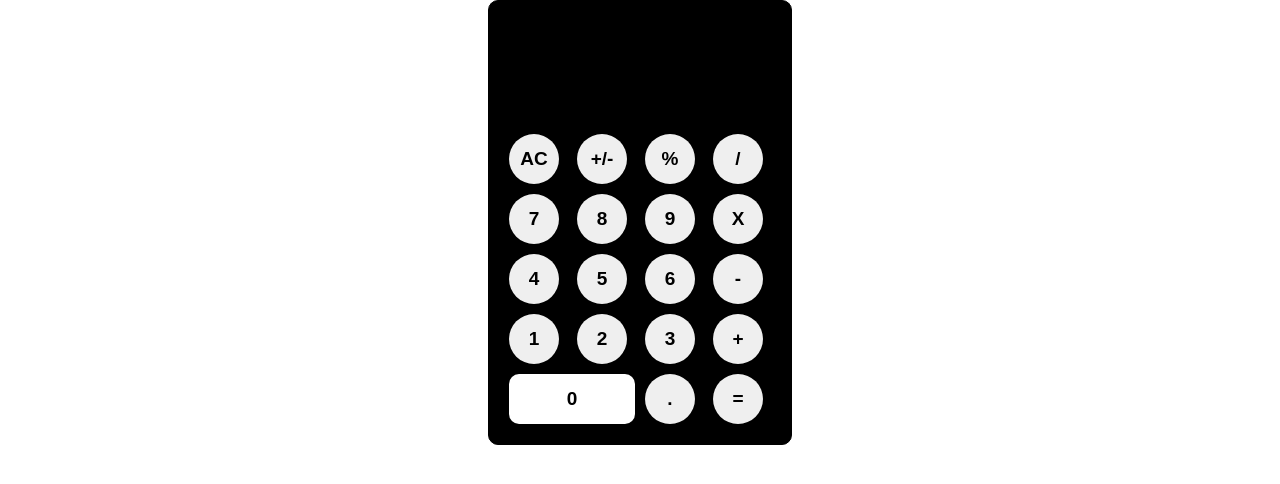
Repository: dmpelaez/calculator
Page: Calculator.html
The author's editor kept a copy of each file at every save. The page is drawn from the files as they stood at one save, then again after the next save.
The browser window is 1280 px wide. The pictures show the whole page.

Above is the page before, as saved 2025-12-15 21:30:33.

After the next save:
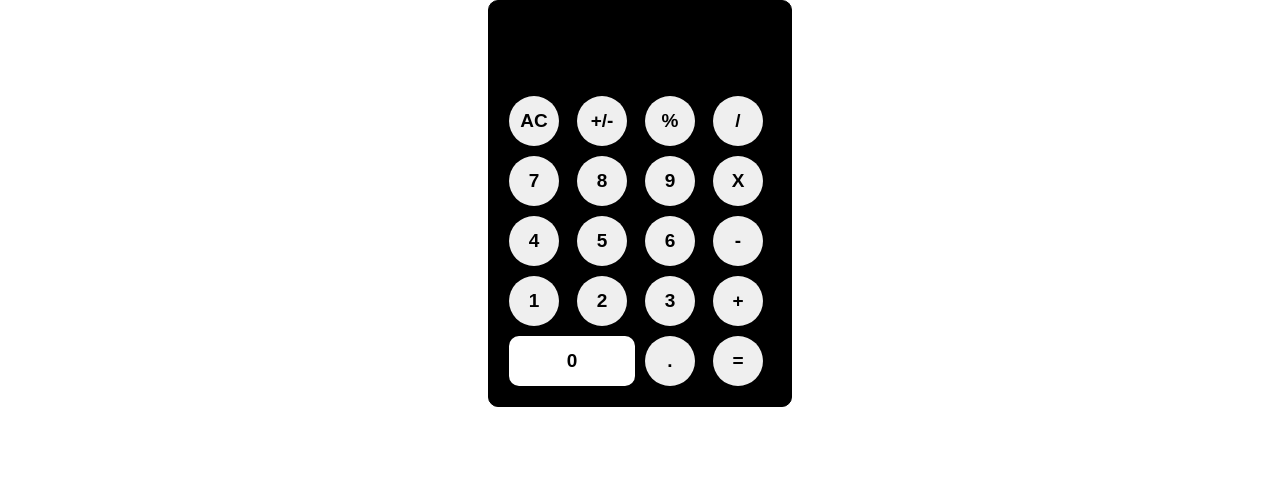
Saved 5 min 30 s later.
--- a/Calculator.html
+++ b/Calculator.html
@@ -17,7 +17,7 @@
         <section class="Section">
 
           <!--Input section-->
-          <input class="inputSection">902</input>
+          <input class="inputSection" type="number" disabled>
 
           <!--Btns section-->
           <div class="btnSection">
